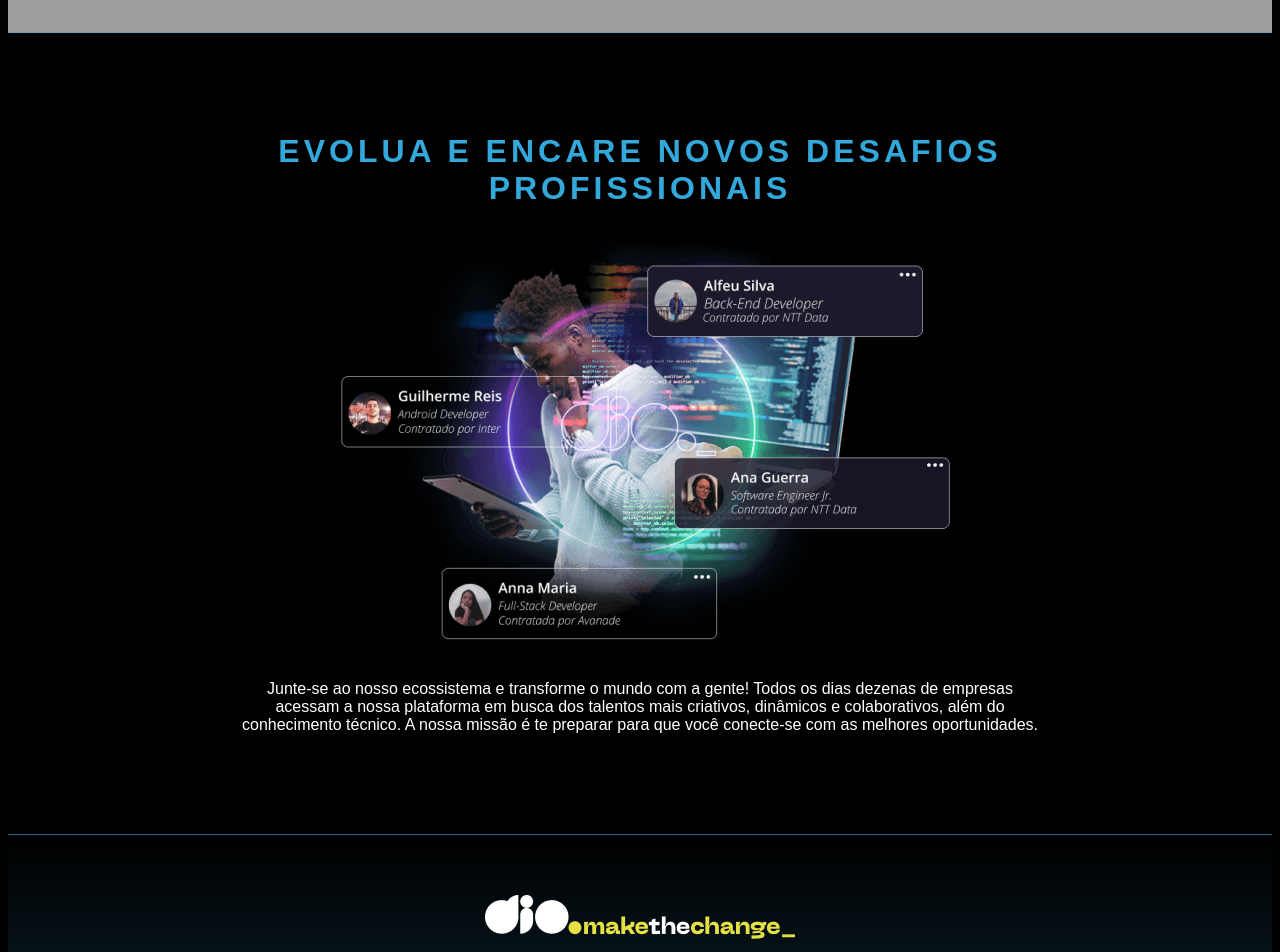
Repository: Zoemateus324/landing-page
Page: index.html
An editor plug-in stored every save of this project. The page is shown before and after the next save, followed by the edit.
The browser window is 1280 px wide. The pictures show the part of the page from y = 1660 to 2612 px (the page is 2721 px tall before and 2785 px after).
Pictures or frames that could not be fetched are drawn as grey boxes. Backgrounds fixed to the window are drawn as part of the page.

Above is the page before, as saved 2024-11-23 11:42:43.

### index.html
<!DOCTYPE html>
<html lang="en">

<head>
    <meta charset="UTF-8">
    <meta http-equiv="X-UA-Compatible" content="IE=edge">
    <meta name="viewport" content="width=device-width, initial-scale=1.0">
    <link rel="stylesheet" href="styles.css">
    <title>Trilha de CSS - DIO</title>
</head>

<body>
    <header class="banner">
        <div class="banner-content">
            <div class="logo">
                <img src="assets/images/logo.png" title="Logotipo Trilha de CSS DIO" alt="Logotipo Trilha de CSS DIO">
            </div>
            <h1>Trilha de CSS da DIO</h1>
            <p>A nova Trilha de CSS da DIO está disponível. Acesse já e aprenda do zero como desenvolver sites profissionais.</p>
            <button>Quero me inscrever</button>
        </div>
    </header>
    <main>
        <section id="course-content">
            <h2>O que vou aprender?</h2>
            <p>
                Temos 3 módulos recheados de conteúdos do básico ao avançado para que você aprenda a desenvolver sites profissionais utilizando somente HTML e CSS: sem nenhuma biblioteca ou framework a mais.
            </p>
            <div class="modules-list">
                <div class="module">
                    <span>Módulo 01:</span> primeiros passos com CSS
                </div>
                <div class="module">
                    <span>Módulo 02:</span> trabalhando com layouts no CSS
                </div>
                <div class="module">
                    <span>Módulo 03:</span> refinando os estilos CSS das nossas páginas
                </div>
            </div>
        </section>
        <section id="transform-world">
            <p>TRANSFORME O MUNDO COM A GENTE</p>
        </section>
        <section id="professional-challenges">
            <h2>Evolua e encare novos desafios profissionais</h2>
            <img src="assets/images/professional-challenges.png" title="Homem lendo depoimentos em um tablet" alt="Homem lendo depoimentos em um tablet">
            <p>
                Junte-se ao nosso ecossistema e transforme o mundo com a gente! Todos os dias dezenas de empresas acessam a nossa plataforma em busca dos talentos mais criativos, dinâmicos e colaborativos, além do conhecimento técnico. A nossa missão é te preparar para
                que você conecte-se com as melhores oportunidades.
            </p>
        </section>
    </main>
    <footer>
        <img class="dio-logo" src="assets/images/dio-logo.png" title="Logotipo DIO com o texto make the change" alt="Logotipo DIO com o texto make the change">
        <p>Acesse <a href="https://dio.me">dio.me</a> e se cadastre agora</p>
    </footer>
</body>

</html>

### styles.css
body{
    background-color:black;
    display:block;
    margin:8px;
}
*{
    font-family:'Raleway', sans-serif;
    box-sizing:border-box;
    margin:0;
}

.banner{
    background-image:linear-gradient(rgba(0,0,0,.6), rgba(49,168,221,.2), rgba(0,0,0,.6)),url(./assets/images/banner.png);
    background-size:cover;
    background-repeat:no-repeat;
    height:600px;
    padding-top:60px;
    border-bottom:1px solid #33A8DB80;
}
.banner .logo{
    background-color:(rgba(0,0,0,.2));
    height:260px;
    width:260px;
    margin:auto;
    border-radius:50%;
    padding:16px;
    margin-bottom:16px;
}
.banner h1{
    font-size:2.5rem;
    font-weight:900;
    text-transform:uppercase;
    color:transparent;
    background:-webkit-linear-gradient(#33A8D8, #1472B7);
    background clip:text;
    -webkit-background-clip:text;
}
h1{
    display:block;
    font-size:2em;
    margin-block-start:0.67em;
    margin-block-end:0.67em;
    margin-inline-start:0px;
    margin-inline-end:0px;
    font-weight:bold;

}
.banner p{
    font-size:1.25rem;
    margin:16px 0 24px;
}
p{
    display:block;
    color:white;
    margin-block-start:1em;
    margin-block-end:1em;
    margin-inline-start:0px;
    margin-inline-end:0px;
    unicode-bidi:isolate;

}
.banner .banner-content{
    color:white;
    width:900px;
    margin:auto;
    text-align:center;
}
.banner .banner-content button{
    color: #31A8DD;
    font-size:1rem;
    font-weight:bold;
    padding:16px 32px;
    text-transform: uppercase;
    letter-spacing:4px;
    background-color:transparent;
    border-image:linear-gradient(#3BA1CD, #1572B7);
    border-image-slice:10;
    border-radius:30px;
}

div{
    display:block;
    unicode-bidi:isolate;

}
header{
    display:block;
    unicode-bidi:isolate;
}
main{
    display:block;
    unicode-bidi:isolate;
}
#course-content {
    width: 800px;
    text-align: center;
}
h2 {
    font-size: 2rem;
    color: #33A8DB;
    font-weight: bold;
    letter-spacing: 4px;
    text-transform: uppercase;
    margin-bottom: 24px;
}
#course-content .modules-list {
    margin: 24px 0;
}
#course-content .modules-list .module {
    color: white;
    width: 530px;
    margin: 0 auto 24px;
    border: 1px solid #33A8DB;
    background-color: #252525;
    padding: 16px;
    border-radius: 100px;
    box-shadow: inset -5px 6px 8px rgba(0, 0, 0, .7);
}
section {
    margin: 100px auto;
}
#transform-world {
    height: 560px;
    background-size: cover;
    background-image: url(./assets/images/woman-code.png);
    background-attachment: fixed;
    border-top: 1px solid #33A8DB80;
    border-bottom: 1px solid #33A8DB80;
    padding: 200px;
}



#transform-world p {
    font-weight: 900;
    font-size: 2.5rem;
    text-transform: lowercase;
    max-width: 250px;
    text-shadow: 3px 2px #33A8DB;
}
#professional-challenges{
    text-align:center;
    width:800px;
}
footer{
    padding:60px 0;
    text-align:center;
    background-image:linear-gradient(rgba(50,168,219,.0),rgba(50,168,219,.2));
    border-top: 1px solid #33A8DB80;
}

After the next save:
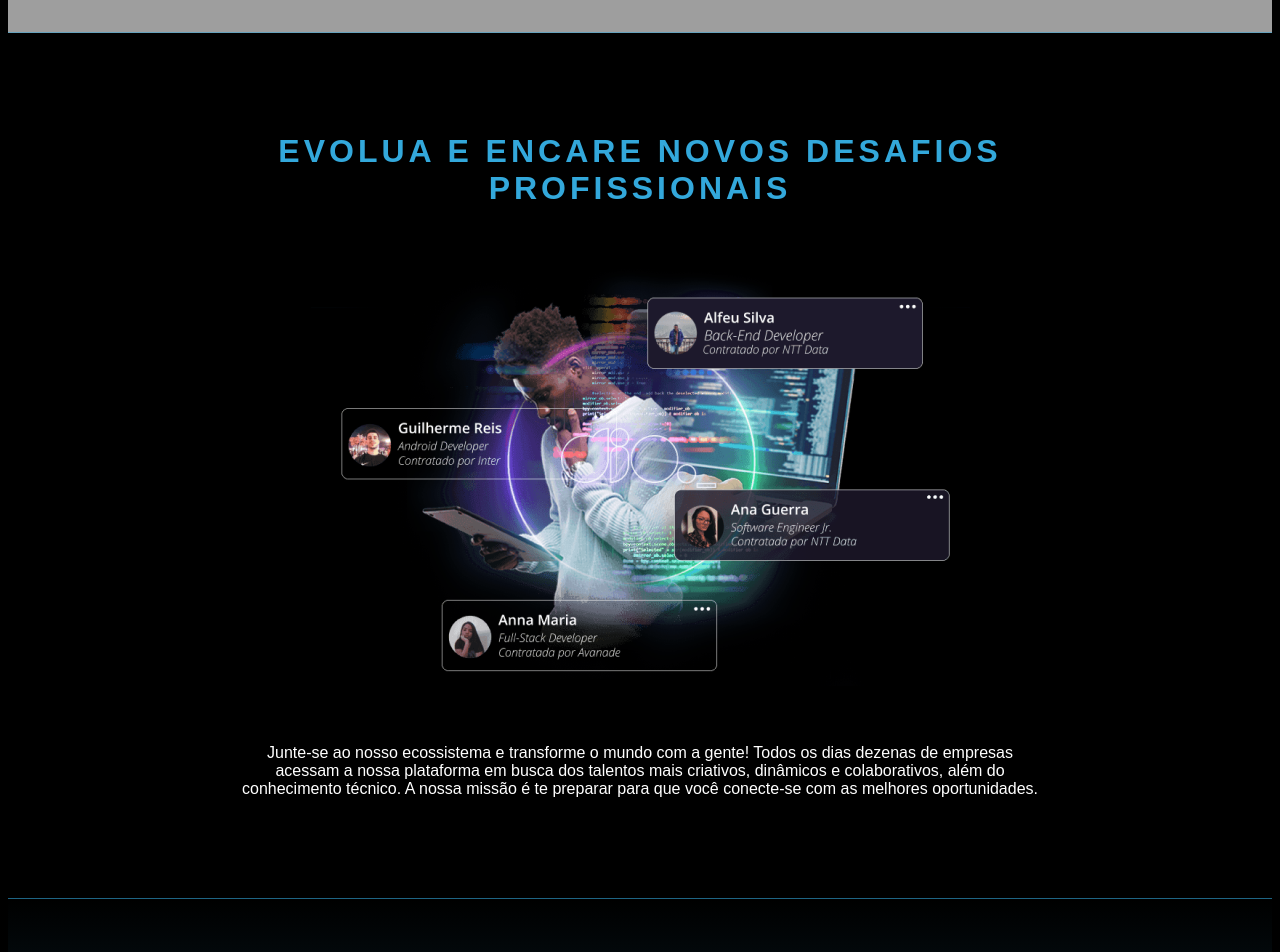
Saved 39 s later.
--- a/styles.css
+++ b/styles.css
@@ -142,6 +142,9 @@
     text-align:center;
     width:800px;
 }
+#professional-challenges img{
+    margin:32px 0 ;
+}
 footer{
     padding:60px 0;
     text-align:center;
